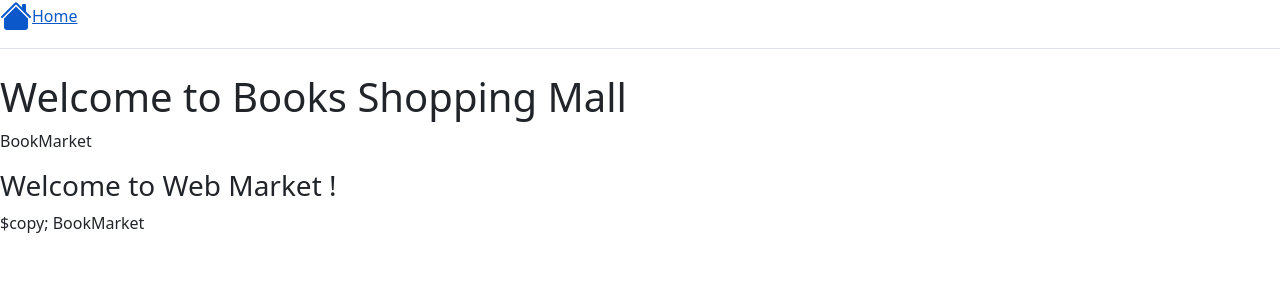
Repository: man332414/myJspStudy
Page: http://localhost/bookmarket/
These files come from the project's save history. The page is drawn as it stood at one moment and after the next save; the edit follows.
The browser window is 1280 px wide. The pictures show the whole page.
The page is served by Tomcat 10.

Above is the page before, as saved 2024-10-08 02:34:23.

After the next save:
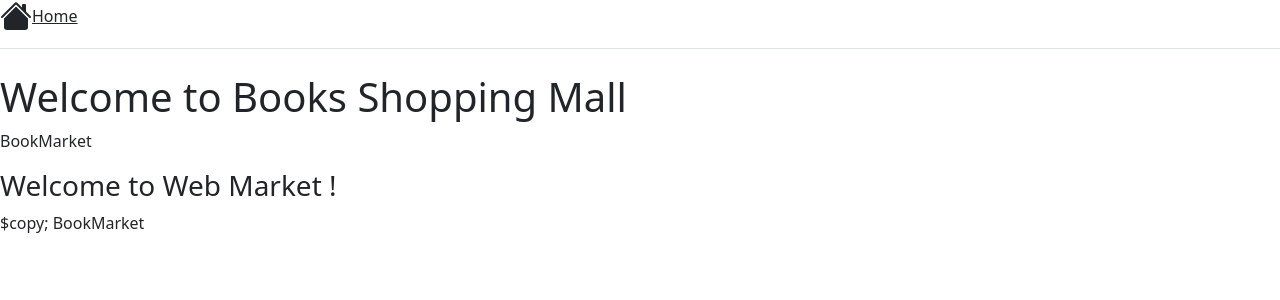
Saved 11 s later.
--- a/bookmarket/src/main/webapp/welcome.jsp
+++ b/bookmarket/src/main/webapp/welcome.jsp
@@ -10,7 +10,7 @@
 <body>
 	<div>
 		<header class = "pb-3 mb-4 border-bottom">
-			<a href = "./welcome.jsp" class = "d-flex align-items-center">
+			<a href = "./welcome.jsp" class = "d-flex align-items-center text-dark">
 			<svg  width="32" height="32" fill="currentColor" class="bi bi-house-fill" viewBox="0 0 16 16">
 	              <path d="M8.707 1.5a1 1 0 0 0-1.414 0L.646 8.146a.5.5 0 0 0 .708.708L8 2.207l6.646 6.647a.5.5 0 0 0 .708-.708L13 5.793V2.5a.5.5 0 0 0-.5-.5h-1a.5.5 0 0 0-.5.5v1.293L8.707 1.5Z"/>
 	              <path d="m8 3.293 6 6V13.5a1.5 1.5 0 0 1-1.5 1.5h-9A1.5 1.5 0 0 1 2 13.5V9.293l6-6Z"/>
